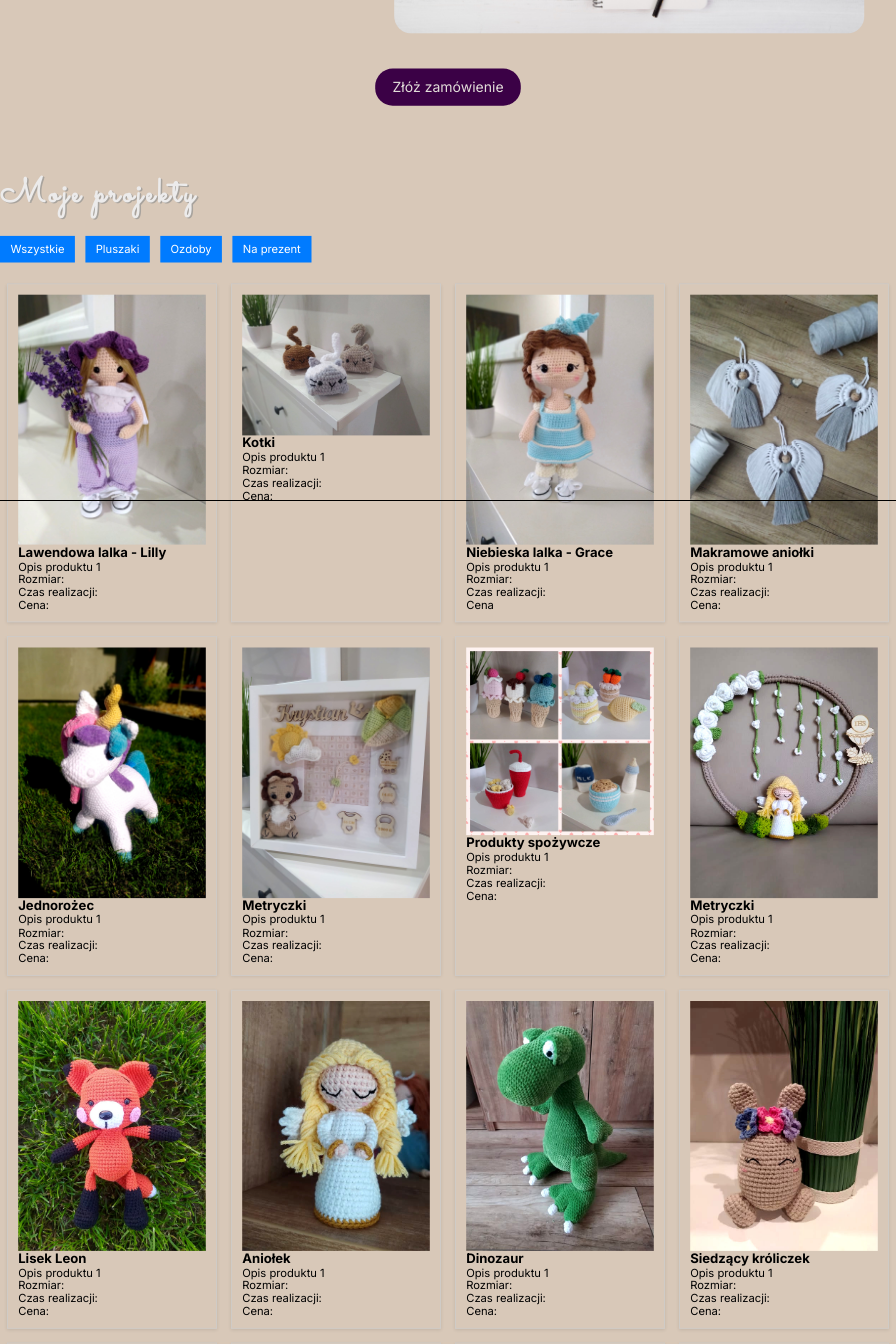
Repository: KlaudiaK0205/Craftoszet
Page: index.html
These files come from the project's save history. The page is drawn as it stood at one moment and after a run of saves; the edit follows.
The browser window is 1280 px wide. The pictures show the part of the page from y = 2190 to 4110 px (the page is 6485 px tall before and 6056 px after), at 70% of full size.
Some web libraries are served in a nearby version. The style sheet was rebuilt from its Sass, Less or Tailwind sources for each picture, by a compiler version that may differ from the author's.

Above is the page before, as saved 2024-10-06 15:06:05.

After the next 2 saves:
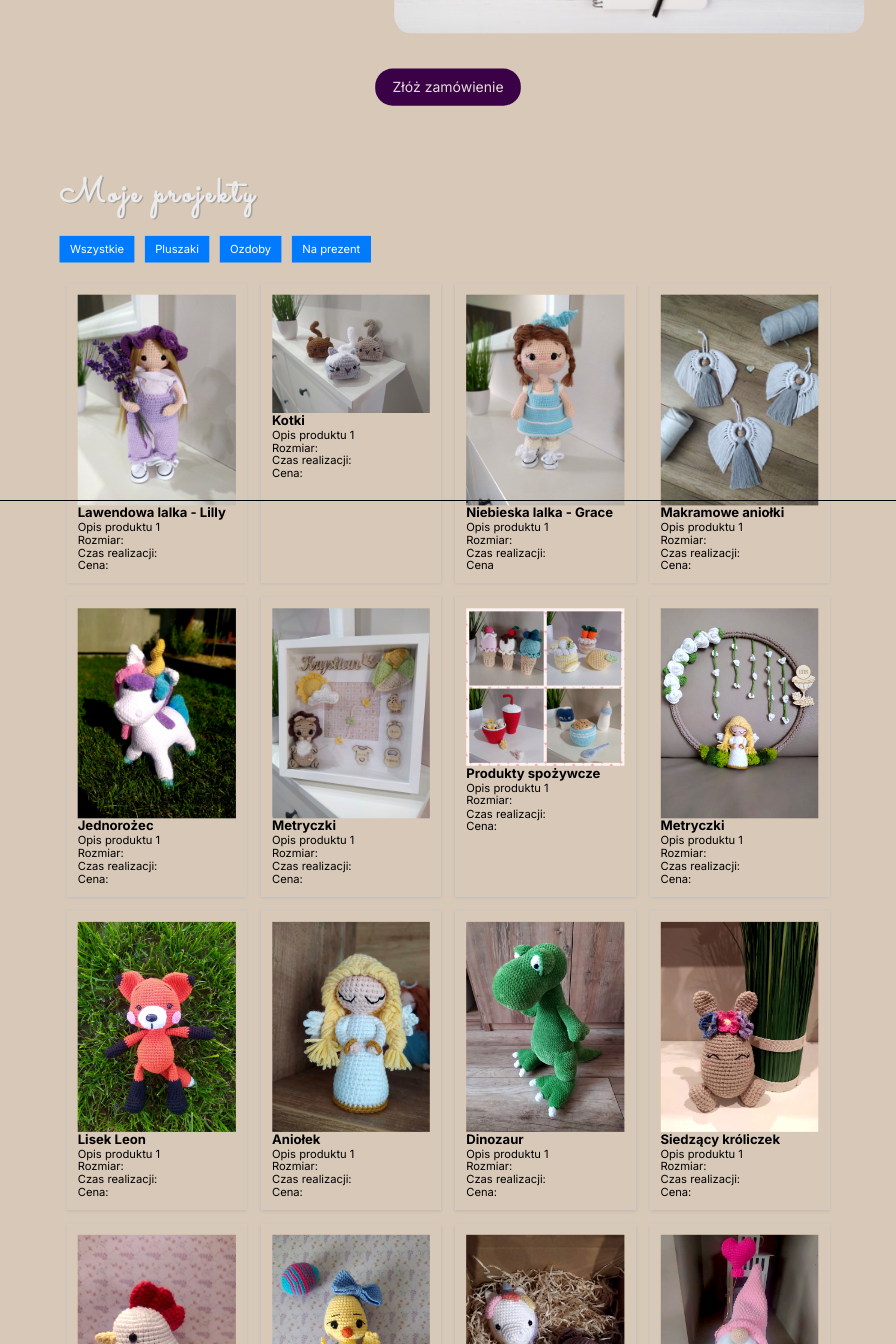
The 2 saves are shown as one change because they came seconds apart.
The last was saved 20 s later.
--- a/index.html
+++ b/index.html
@@ -113,7 +113,7 @@
         </section>
 
         <section class="myProjects">
-            <div class="contanier">
+            <div class="container">
                 <h2 class="section-header">Moje projekty</h2>
                 <div class="filters">
                     <button class="filter-btn" data-category="all">Wszystkie</button>
